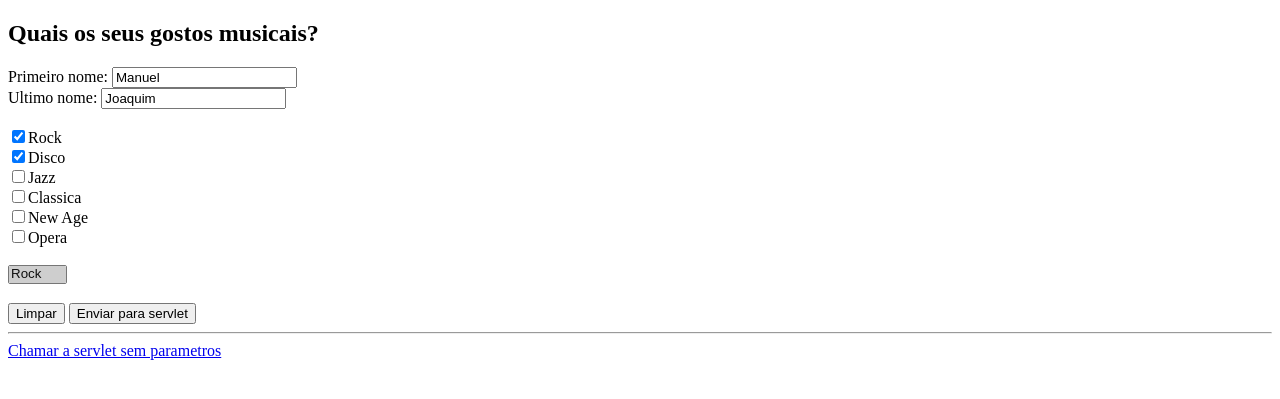
Repository: chuinga/JavaWebAppsDevelopment
Page: JavaWeb/src/main/webapp/AnalisarPedidoHTTP.html
These files come from the project's save history. The page is drawn as it stood at one moment and after the next save; the edit follows.
The browser window is 1280 px wide. The pictures show the whole page.

Above is the page before, as saved 2024-06-29 14:05:51.

### JavaWeb/src/main/webapp/AnalisarPedidoHTTP.html
<!DOCTYPE html>
<html lang="pt">
  <head>
    <meta charset="utf-8">
    <title>AnalisarPedidoHTTP.html</title>
    <!-- AnalisarPedidoHTTP.html -->
  </head>
  <body>
    <h2>Quais os seus gostos musicais?</h2>
    <form action="PedidoParametros1Valor" method="get">
        Primeiro nome: <input type="text" name="priNome" value="Manuel"><br>
        Ultimo nome:  <input type="text" name="ultNome" value="Joaquim"><br>
        <br>
        <input type="checkbox" name="checkboxMusica" value="Rock" checked>Rock<br>
        <input type="checkbox" name="checkboxMusica" value="Disco" checked>Disco<br>
        <input type="checkbox" name="checkboxMusica" value="Jazz">Jazz<br>
        <input type="checkbox" name="checkboxMusica" value="Classica">Classica<br>
        <input type="checkbox" name="checkboxMusica" value="New Age">New Age<br>
        <input type="checkbox" name="checkboxMusica" value="Opera">Opera<br>
        <br>
        <select name="listaEscolhaMusica" multiple size="1">
            <option value="Rock" selected>Rock</option>
            <option value="Disco" selected>Disco</option>
            <option value="Jazz" >Jazz</option>
            <option value="Classica">Classica</option>
            <option value="New Age">New Age</option>
            <option value="Opera">Opera</option>
        </select>
        <br>
        <br>
        <input type="reset" Value="Limpar">
        <input type="submit" Value="Enviar para servlet">
    </form>
    <hr>
    <a href="PedidoParametros1Valor">Chamar a servlet sem parametros</a>
  </body>
</html>

After the next save:
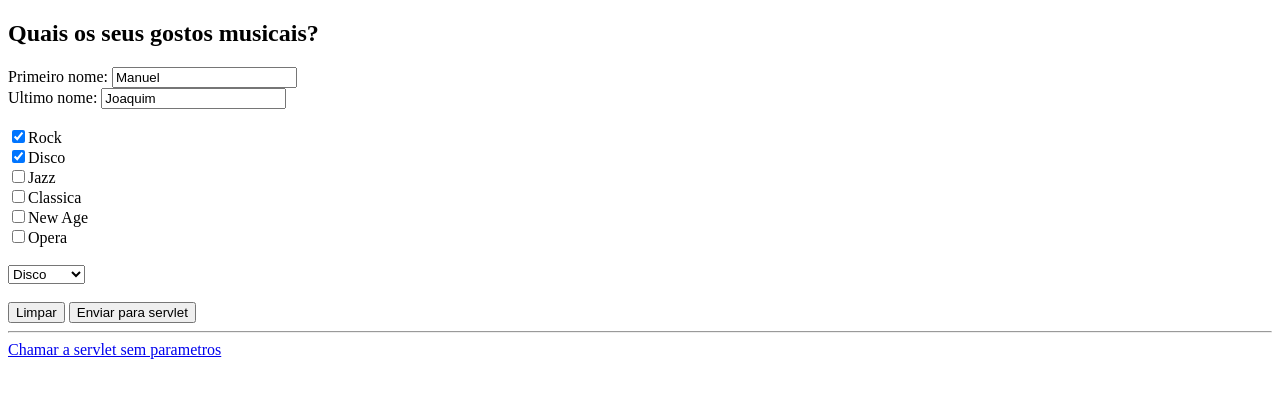
Saved 18 s later.
--- a/JavaWeb/src/main/webapp/AnalisarPedidoHTTP.html
+++ b/JavaWeb/src/main/webapp/AnalisarPedidoHTTP.html
@@ -18,7 +18,7 @@
         <input type="checkbox" name="checkboxMusica" value="New Age">New Age<br>
         <input type="checkbox" name="checkboxMusica" value="Opera">Opera<br>
         <br>
-        <select name="listaEscolhaMusica" multiple size="1">
+        <select name="listaEscolhaMusica" size="1">
             <option value="Rock" selected>Rock</option>
             <option value="Disco" selected>Disco</option>
             <option value="Jazz" >Jazz</option>
